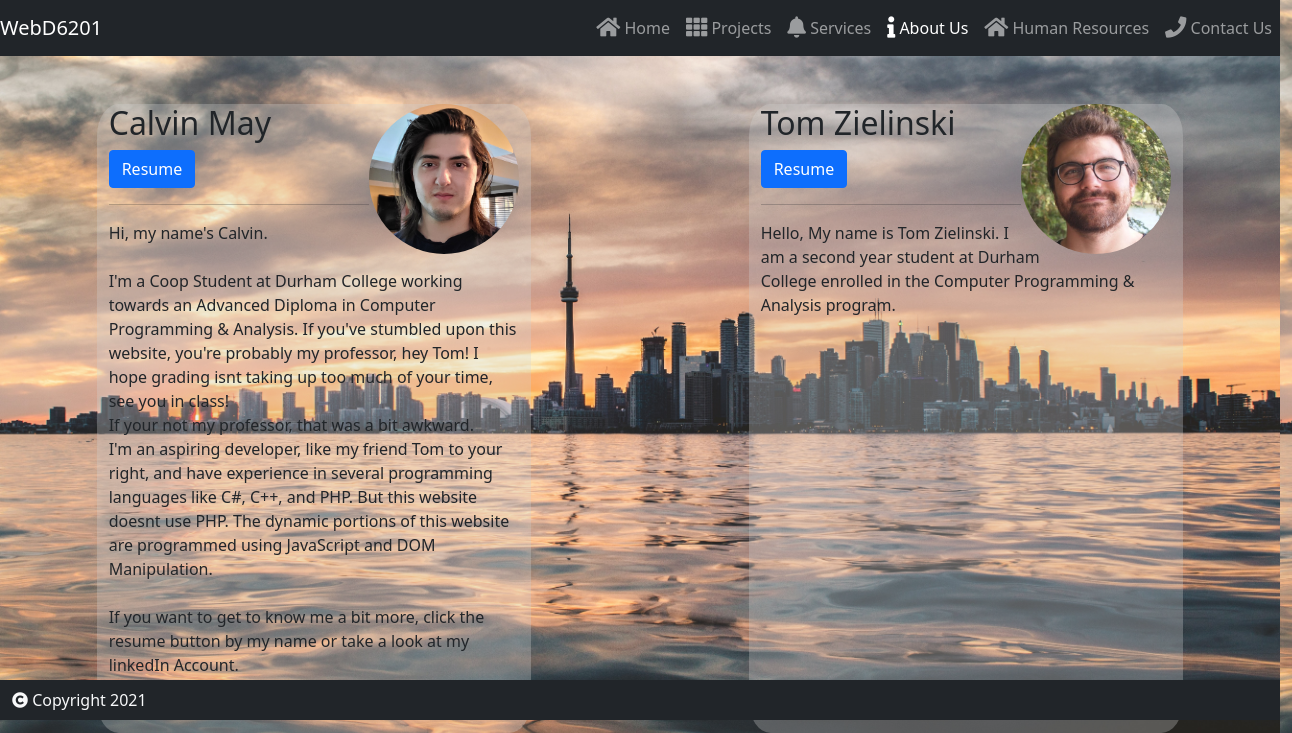
Repository: Tomelinski/Webd6201-Lab02
Page: about.html
An editor plug-in stored every save of this project. The page is shown before and after the next save, followed by the edit.
The browser window is 1280 px wide. The page is 1292 px wide, so the pictures cover 1292 px, including what lies to the right of the window. The pictures show the whole page.
Backgrounds fixed to the window are drawn as part of the page.

Above is the page before, as saved 2021-02-05 20:57:14.

### about.html
<!-- Author(s): Tom Zielinski,
 *              Calvin May
 *
 *   Date: 02/02/2021 | Last Modified: 02/03/2021
 *   Document: about.html
 *   Description: ...
-->
<!DOCTYPE html>
<html lang="en">
<head>
    <meta charset="UTF-8">
    <meta name="viewport" content="width=device-width, initial-scale=1.0">
    <title>About</title>
    <!-- -->
    <link rel="stylesheet" href="./node_modules/bootstrap/dist/css/bootstrap.min.css">
    <link rel="stylesheet" href="./node_modules/@fortawesome/fontawesome-free/css/all.min.css">
    <link rel="stylesheet" href="./Content/app.css">

</head>
<body>
      <!-- Main header -->
      <header>
        <!-- Main Nav -->
          <nav class="navbar navbar-expand-lg navbar-dark bg-dark ">
              <a class="navbar-brand" href="./index.html">WebD6201</a>
              <button class="navbar-toggler" type="button" data-toggle="collapse" data-target="#navbarSupportedContent" aria-controls="navbarSupportedContent" aria-expanded="false" aria-label="Toggle navigation">
                <span class="navbar-toggler-icon"></span>
              </button>

              <div class="collapse navbar-collapse" id="navbarSupportedContent">
                <ul id="pageList" class="navbar-nav ms-auto mb-2 mb-lg-0">
                  <li class="nav-item ">
                    <a class="nav-link" aria-current="page" href="index.html"><i class="fas fa-home fa-lg"></i> Home</a>
                  </li>

                  <li class="nav-item">
                      <a id="projects" class="nav-link" aria-current="page" href="products.html"><i class="fas fa-th fa-lg"></i> Products</a>
                  </li>

                  <li class="nav-item">
                      <a class="nav-link" aria-current="page" href="services.html"><i class="fas fa-bell fa-lg"></i> Services</a>
                  </li>

                  <li class="nav-item">
                      <a class="nav-link active" aria-current="page" href="about.html"><i class="fas fa-info fa-lg"></i> About Us</a>
                  </li>

                  <li class="nav-item">
                      <a class="nav-link" aria-current="page" href="contact.html"><i class="fas fa-phone fa-lg"></i> Contact Us</a>
                  </li>
                </ul>
              </div>
            </nav>
      </header>

      <main>
        <div class="container"></div>
          <div class="row justify-content-around">
            <div id="about-calvin" class="col-4 mt-5 about-background">

            </div>
            <div id="about-tom" class="col-4 mt-5 about-background">

            </div>
          </div>
        </div>
      </main>

    <!-- Script section -->
    <script src="./node_modules/jquery/dist/jquery.min.js"></script>
    <script src="./node_modules/bootstrap/dist/js/bootstrap.bundle.min.js"></script>
    <script src="./Scripts/app.js"></script>
</body>

</html>

### Content/app.css
/* Author(s): Tom Zielinski,
 *              Calvin May
 *
 *   Date: 02/02/2021 | Last Modified: 02/03/2021
 *   Document: Services.html
 *   Description: ...
*/
/* Custom css page */
body{
    width:100vw;
    height:100vh;
    background: url("../Pictures/Toronto.jpg") no-repeat center center fixed;
    -webkit-background-size: cover;
    -moz-background-size: cover;
    -o-background-size: cover;
    background-size: cover;
    overflow-x: hidden;
    margin:0px;
    min-height:100%;
    background-color: gray;
}

.headshot-portrait{
    width: 150px;
    height: 150px;
    border-radius: 50%;
    float: right;
    shape-outside: circle();

}

.about-background{
    background: rgba(210, 210, 210, 0.3);
    border-radius: 5%;

}

### Scripts/app.js
/** Author(s): Tom Zielinski,
 *             Calvin May
 *
 *  Date: 02/02/2021 | Last Modified: 02/03/2021
 *  Document: app.js
 *  Description: ...
 */

/** Custom JavaScript Page */

/** IFFE Function */
(() => {

    // Declarations
    let mainContent = document.getElementsByTagName("main")[0]; // Holds the <main> element


    // First Fix the upper, lower navbars. Ensuring they display properly
    fixNavBars();

    /** Web Application Startup Functions */
    /** Start() - Lets the application know which content to load
     *          based on the title of the document.
    */
    function Start() {
        console.log("Web App Started.");``


        // A switch case used to figure out which page is being loaded.
        switch (document.title) {
            case "Home":
                displayHomePage();
                break;
            case "About":
                displayAboutPage();
                break;
            case "Contact":
                displayContactPage();
                break;
            case "Projects":
                displayProjectsPage();
                break;
            case "Services":
                displayServicesPage();
                break;
            case "Human Resources":
                displayHumanResourcesPage();
                break;
        }

    }

    /** Display Page Content Functions */
    /** displayHomePage() - Loads the Content for index.html */
    function displayHomePage() {

        let newParagraph = document.createElement("p");
        newParagraph.setAttribute("id", "paragraphOne");
        newParagraph.className = "fs-6 col col-md-4 mt-5 m-auto px-4 border border-dark border-4 rounded";
        newParagraph.textContent = "Welcome to Cavlin May's and Tom Zielinski's Webd6201 Lab01 webpage.";

        mainContent.appendChild(newParagraph);
    }

    /** displayAboutPage() - Loads the Content for about.html */
    function displayAboutPage() {

        // About Tom Content
        //-Create Elements for About Tom
        let aboutTomDiv = document.getElementById("about-tom");
        let tomHeading = document.createElement("h2");
        let pic = document.createElement("img");
        let aboutTom = document.createElement("p");
        let tomResume = document.createElement("a");

        // Set the Attributes, html, and Content for Toms Elements
        //-Name Heading
        tomHeading.textContent = "Tom Zielinski";
        //-Portrait
        pic.setAttribute("src", "../Pictures/Tom.jpeg");
        pic.setAttribute("class", "headshot-portrait");
        pic.setAttribute("alt", "Headshot of Tom");
        //-Resume
        tomResume.setAttribute("href", "../files/resumes/Tom_Resume.pdf");
        tomResume.setAttribute("download", "");
        tomResume.setAttribute("class", "btn btn-primary");
        tomResume.textContent = "Resume";
        //-About Info
        aboutTom.innerHTML = `<hr/><p>Hello, My name is Tom Zielinski. I am a second year student at Durham College enrolled in the Computer Programming & Analysis program.</p>`;

        // Insert the Elements within the about-tom div
        aboutTomDiv.appendChild(pic);
        aboutTomDiv.appendChild(tomHeading);
        aboutTomDiv.appendChild(tomResume);
        aboutTomDiv.appendChild(aboutTom);

        // About Calvin Content
        //-Create Elements for About Calvin
        let aboutCalvinDiv = document.getElementById("about-calvin");
        let calvinHeading = document.createElement("h2");
        let calvinPortrait = document.createElement("img");
        let aboutCalvin = document.createElement("p");
        let calvinResume = document.createElement("a");

        // Set the Attributes, html, and Content for Toms Elements
        //-Name Heading
        calvinHeading.textContent = "Calvin May";
        //-Portrait
        calvinPortrait.setAttribute("src", "../Pictures/Calvin.jpg");
        calvinPortrait.setAttribute("class", "headshot-portrait");
        calvinPortrait.setAttribute("alt", "Headshot of Tom");
        //-Resume
        calvinResume.setAttribute("href", "../files/resumes/Calvin_Resume.pdf");
        calvinResume.setAttribute("download", "");
        calvinResume.setAttribute("class", "btn btn-primary");
        calvinResume.textContent = "Resume";
        //-About Info
        aboutCalvin.innerHTML = `<hr/>
        <p>Hi, my name's Calvin. <br/><br/>
        I'm a Coop Student at Durham College working towards an Advanced Diploma in
        Computer Programming & Analysis. If you've stumbled upon this website, you're
        probably my professor, hey Tom! I hope grading isnt taking up too much of your
        time, see you in class! <br/>
        If your not my professor, that was a bit awkward. <br/>
        I'm an aspiring developer, like my friend Tom to your right, and have experience
        in several programming languages like C#, C++, and PHP. But this website doesnt
        use PHP. The dynamic portions of this website are programmed using JavaScript
        and DOM Manipulation.
        <br/> <br/>
        If you want to get to know me a bit more, click the resume button by my name or
        take a look at my linkedIn Account. <br/>
        <a class="nav-link" href="https://www.linkedin.com/in/calvin-may-384798200/">My LinkedIn</a>
        </p>`;

        // Insert the Elements within the about-tom div
        aboutCalvinDiv.appendChild(calvinPortrait);
        aboutCalvinDiv.appendChild(calvinHeading);
        aboutCalvinDiv.appendChild(calvinResume);
        aboutCalvinDiv.appendChild(aboutCalvin);
    }

    /** displayContactPage() - Loads the Content for contact.html */
    function displayContactPage() {

    }

    /** displayProjectsPage() - Loads the Content for projects.html */
    function displayProjectsPage() {

    }

    /** displayServicesPage() - Loads the Content for services.html */
    function displayServicesPage() {

    }

    /** displayHumanResourcesPage() - Loads the Content for human_resources.html */
    function displayHumanResourcesPage() {


    }

    /**
     * fixNavBars() - This Function is used to finish creating the Header/Footer Navbars
     *              using DOM Manipulation and Injection. First it fixes the "Products"
     *              NavBar link to correctly show, "Projects" and link to the projects.html
     *              page. It also Insert a new NavBar link, "Human Recources" between
     *              "About us" and "Contact Us" links. Finally, it adds a footer to the
     *              bottom of the page.
     */
    function fixNavBars()
    {
        // Fix the "Products" Nav item
        let projectPageAnchor = document.getElementById("projects");    // Get the Nav item Anchor tag by id
        projectPageAnchor.setAttribute("href", "projects.html");        // Correctly set the Hypertext Reference attribute
        projectPageAnchor.innerHTML = "<i class=\"fas fa-th fa-lg\"></i> Projects"; // Correctly set the text to indicate a project page

        // Insert a Nav item for Human Resources
        let navBarItemList = document.getElementById("pageList");  // Get the <ul> holding the Page links
        let humanResourcesListItem = document.createElement("li"); // Create a new list Item
        humanResourcesListItem.setAttribute("class", "nav-item");  // Set the class of the list item to "nav-item"
        // Create the anchor that will exist within the humanResourcesListItem
        let hrListItemData = '<a class="nav-link" aria-current="page" ' +
                             'href="human_resources.html"><i class="fas fa-home fa-lg"></i> Human Resources</a>';
        // Set the innerHtml with the data above
        humanResourcesListItem.innerHTML = hrListItemData;
        // Insert the new listitem before the 8th child within the <ul>
        //-(8th because it counts both the <li> elements and the <a> elements within)
        navBarItemList.insertBefore(humanResourcesListItem, navBarItemList.childNodes[8]);


        // Insert a new footer NavBar
        let footerData = "";    // A variable to hold the html code for the footers navBar
        // Create the footer element
        let pageFooter = document.createElement("footer");
        // Insert the new footer element before the "next" sibling of <main>
        //-Reads as <body>.insertBefore(pageFooter, elementAfterMain)
        mainContent.parentNode.insertBefore(pageFooter, mainContent.nextSibling);

        footerData = '<nav class="navbar fixed-bottom navbar-dark bg-dark"> ' +
                     '<div class="container-fluid"> ' +
                     '<h7 class="text-light"><i class="fas fa-copyright text-light"></i> Copyright 2021</h7> ' +
                     '</div> ' +
                     '</nav> ';
        pageFooter.innerHTML = footerData;

    }

    // Add an event listener for the load event (Page load).
    //-Call the Start() function so that we can display page
    //-specific content
    window.addEventListener("load", Start);

})();

Loaded but not shown: node_modules/bootstrap/dist/css/bootstrap.min.css (library); node_modules/@fortawesome/fontawesome-free/css/all.min.css (library); node_modules/jquery/dist/jquery.min.js (library); node_modules/bootstrap/dist/js/bootstrap.bundle.min.js (library)

After the next save:
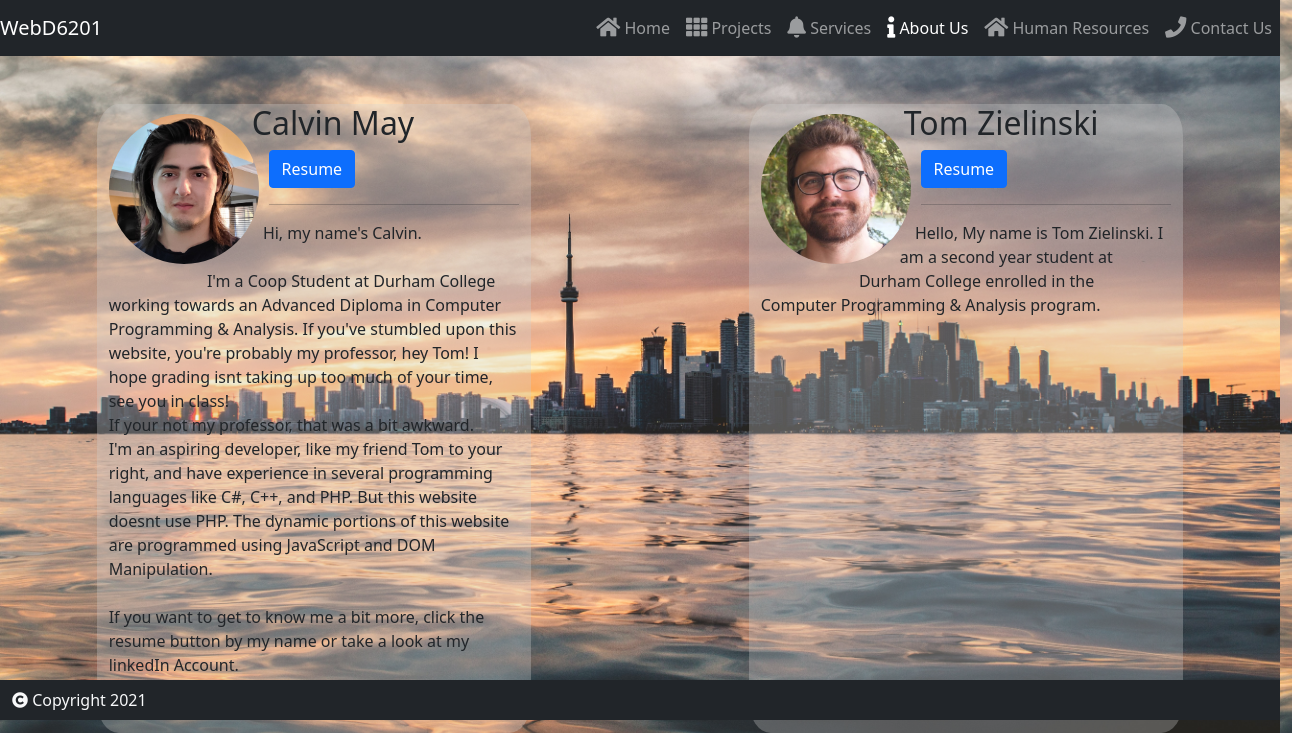
Saved 16 s later.
--- a/Content/app.css
+++ b/Content/app.css
@@ -24,9 +24,9 @@ body{
     width: 150px;
     height: 150px;
     border-radius: 50%;
-    float: right;
+    float: left;
     shape-outside: circle();
-
+    margin: 10px 10px 15px 0px;
 }
 
 .about-background{
